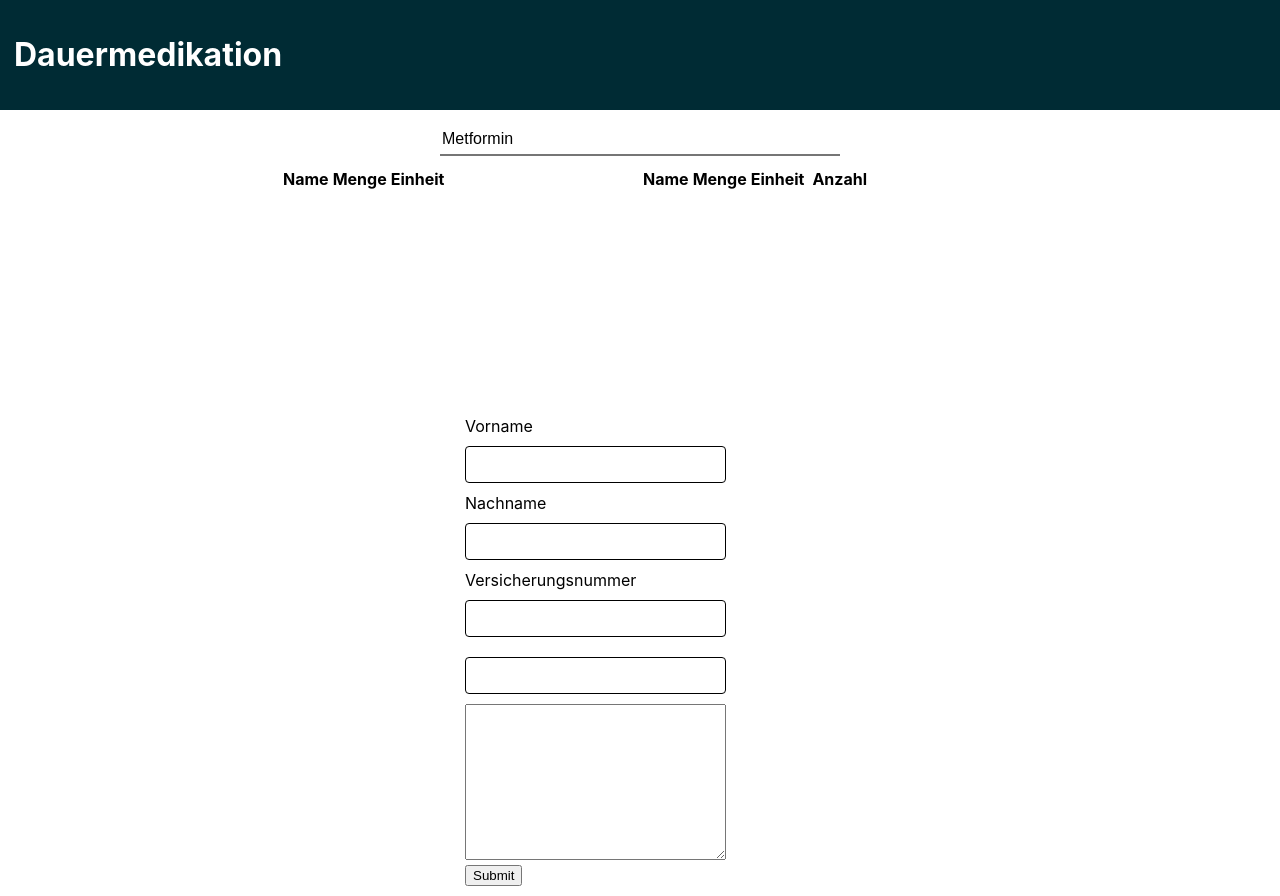
Repository: Esatollah/MedDemo
Page: / (app in client/)
An editor plug-in stored every save of this project. The page is shown before and after the next save, followed by the edit.
The browser window is 1280 px wide. The pictures show the whole page.
The page's requests for data from a server got no answer. The project was rebuilt for these pictures with package versions that can differ from the ones it lists, and the page was loaded fresh each time. No one was signed in, and anything a server would have sent is missing. Also part of the build but not shown: client/src/Routes/Bestellungen.jsx.

Above is the page before, as saved 2022-06-10 16:04:05.

After the next save:
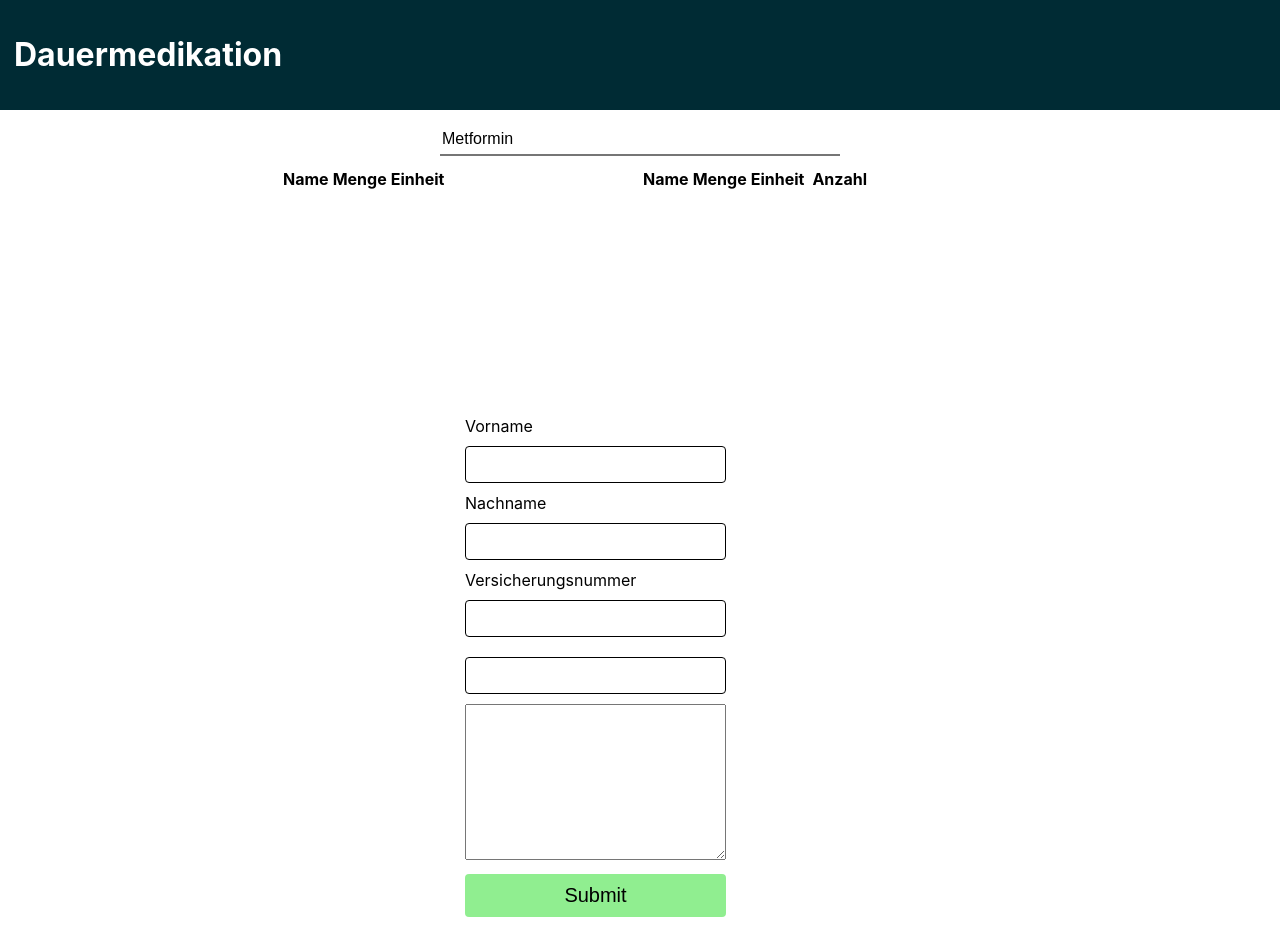
Saved 96 s later.
--- a/client/src/Styles/FormStyles.js
+++ b/client/src/Styles/FormStyles.js
@@ -16,4 +16,13 @@ export const FormWrap = styled.div`
         border: .5px solid;
         margin: 10px 0;
     }
+    input[type=submit] {
+        width: 100%;
+        padding: 10px;
+        margin:10px 0;
+        border-radius: 4px;
+        border: none;
+        background: lightgreen;
+        font-size:20px
+    }
 `;
